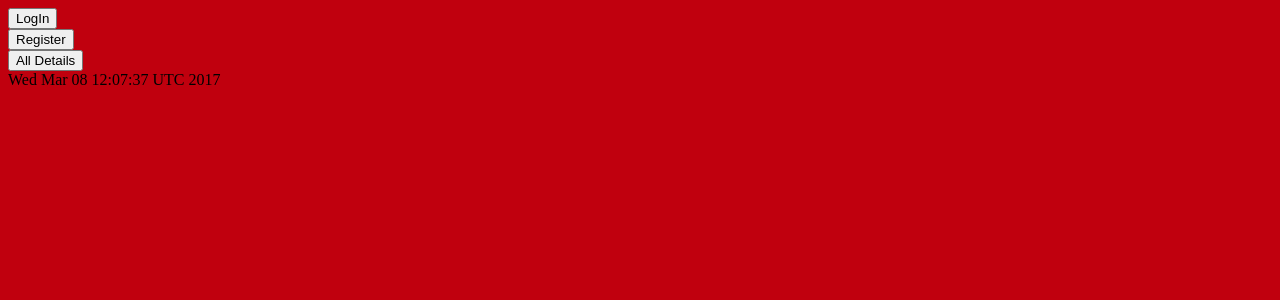
Repository: iamvinayhv/Servlet
Page: http://localhost/EmployeeApp/jsp/welcome.jsp
The author's editor kept a copy of each file at every save. The page is drawn from the files as they stood at one save, then again after the next save.
The browser window is 1280 px wide. The pictures show the whole page.
The page is served by Tomcat 9. Other server files are loaded and not shown.

Above is the page before, as saved 2017-03-09 13:42:36.

### EmployeeApp/WebContent/jsp/welcome.jsp
<%@ page language="java" contentType="text/html; charset=UTF-8" import="java.util.*"
    pageEncoding="UTF-8"%>
<!DOCTYPE html PUBLIC "-//W3C//DTD HTML 4.01 Transitional//EN" "http://www.w3.org/TR/html4/loose.dtd">
<html>
<head>
<meta http-equiv="Content-Type" content="text/html; charset=UTF-8">
<title>Insert title here</title>
</head>
<body bgcolor="cobaltblue">

<a href="login.jsp">
<input type="submit" value="LogIn"><br/></a>

<a href="register.jsp">
<input align="right" type= "submit" value="Register"></a><br/>

<a href="details.jsp">
<input align="right" type= "submit" value="All Details"></a><br/>


<% Date d=new Date();%>
<%=d %>
</body>
</html>

After the next save:
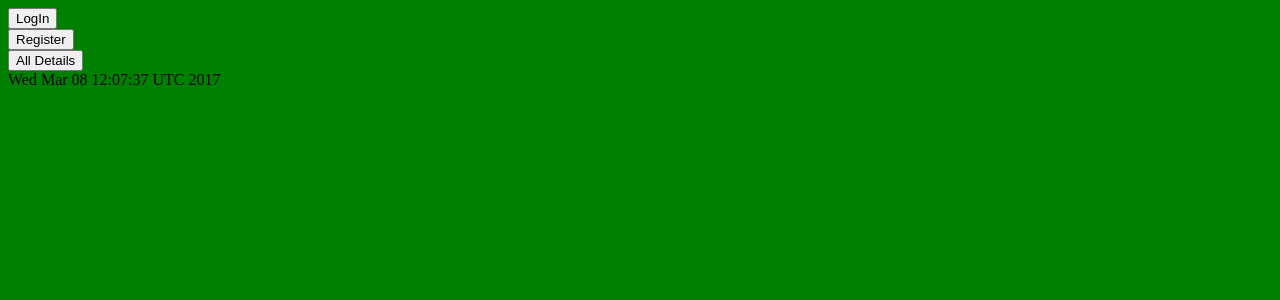
Saved 16 s later.
--- a/EmployeeApp/WebContent/jsp/welcome.jsp
+++ b/EmployeeApp/WebContent/jsp/welcome.jsp
@@ -6,7 +6,7 @@
 <meta http-equiv="Content-Type" content="text/html; charset=UTF-8">
 <title>Insert title here</title>
 </head>
-<body bgcolor="cobaltblue">
+<body bgcolor="green">
 
 <a href="login.jsp">
 <input type="submit" value="LogIn"><br/></a>
